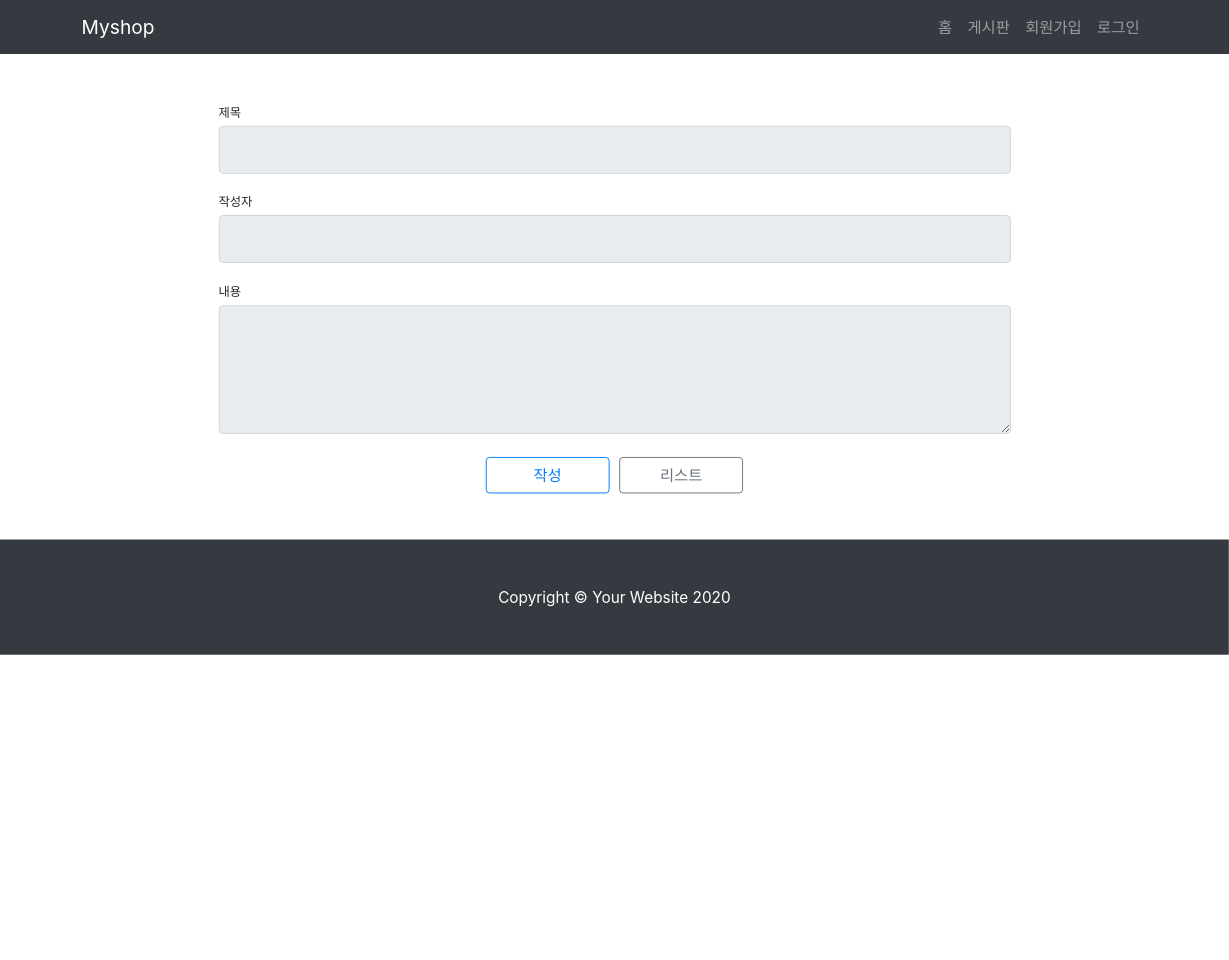
Repository: KimBiYam/ShoppingMallProject
Page: http://localhost/MyShop/WEB-INF/views/board/get.jsp
These files come from the project's save history. The page is drawn as it stood at one moment and after the next save; the edit follows.
The browser window is 1280 px wide. The pictures show the whole page, at 96% of full size.
The page is served by Tomcat 9. Nobody is signed in. The template is opened directly, without the code that normally fills it, so the values that code supplies are empty.

Above is the page before, as saved 2020-04-18 08:50:04.

After the next save:
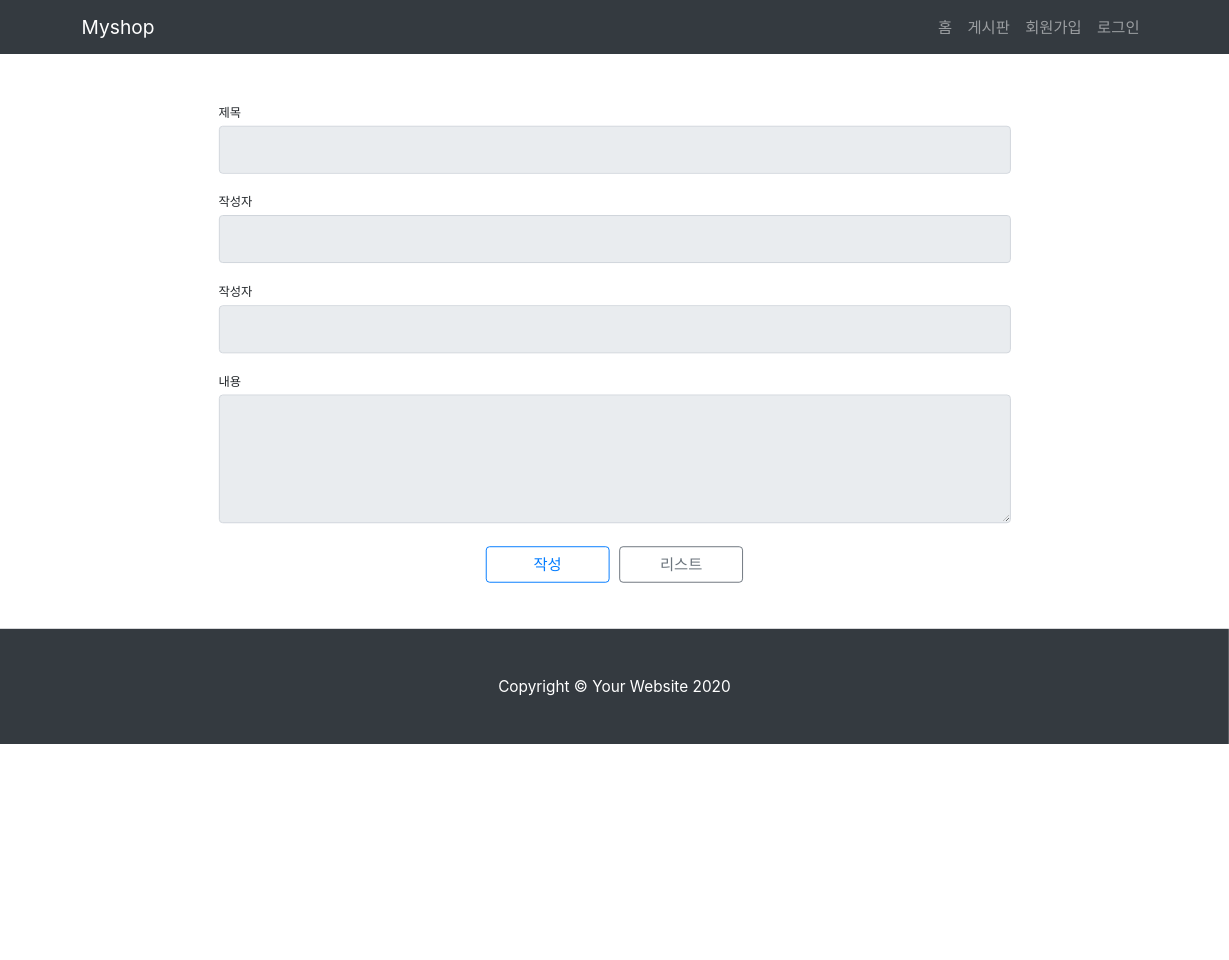
Saved 8 s later.
--- a/MyShop/src/main/webapp/WEB-INF/views/board/get.jsp
+++ b/MyShop/src/main/webapp/WEB-INF/views/board/get.jsp
@@ -30,6 +30,10 @@
 							class="form-control py-4" name="writer" id="writer" type="text" value='${board.userid }' readonly="readonly" />
 					</div>
 					<div class="form-group">
+						<label class="small mb-1" for="userid">작성자</label> <input
+							class="form-control py-4" name="writer" id="writer" type="text" value='${board.userid }' readonly="readonly" />
+					</div>
+					<div class="form-group">
 						<label class="small mb-1" for="content">내용</label>
 						<textarea class="form-control" rows="5" name="content" id="content" readonly="readonly">${board.content }</textarea>
 					</div>
